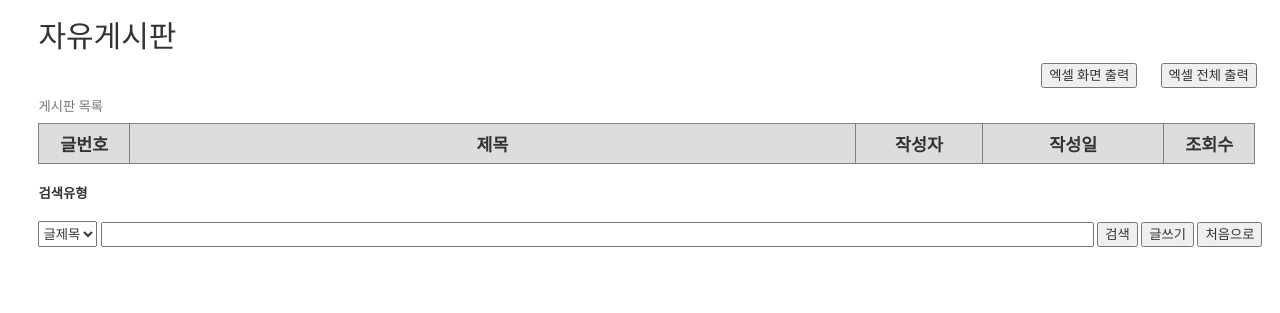
Repository: sser98/bowtech
Page: http://localhost/Board/WEB-INF/views/tiles1/board/list.jsp
These files come from the project's save history. The page is drawn as it stood at one moment and after the next save; the edit follows.
The browser window is 1280 px wide. The pictures show the whole page.
The page is served by Tomcat 9. Nobody is signed in. Other server files are loaded and not shown. The template is opened directly, without the code that normally fills it, so the values that code supplies are empty.

Above is the page before, as saved 2021-03-09 10:03:18.

### Board/src/main/webapp/WEB-INF/views/tiles1/board/list.jsp
<%@ page language="java" contentType="text/html; charset=UTF-8"
    pageEncoding="UTF-8"%>

<%@ taglib prefix="c" uri="http://java.sun.com/jsp/jstl/core" %>
<%@ taglib prefix="fmt" uri="http://java.sun.com/jstl/fmt" %>
<%@ taglib prefix="fn" uri="http://java.sun.com/jsp/jstl/functions" %>
<% String ctxPath = request.getContextPath(); %>

  <script src="https://ajax.googleapis.com/ajax/libs/jquery/3.5.1/jquery.min.js"></script>
  <script src="https://maxcdn.bootstrapcdn.com/bootstrap/3.4.1/js/bootstrap.min.js"></script>
  <link rel="stylesheet" href="https://maxcdn.bootstrapcdn.com/bootstrap/3.4.1/css/bootstrap.min.css">

<style type="text/css">

	* {
		font-family: "제주고딕";
		font-size: 10pt;
	}

	th {
		font-size: 13pt;
	}

	td {
		font-family: "제주고딕";
		font-size: 10pt;
	}

   table, th, td {border: solid 1px gray;}


    #table {width: 98%; border-collapse: collapse;}
    #table th, #table td {padding: 5px;}
    #table th {background-color: #DDD;}
    .subjectStyle {font-weight: bold;
                   color: navy;
                   cursor: pointer;}


    #searchWord {
    	width: 80%;
    }

    tr {
    	height: 30pt;
    }

    div#mycontent {
	    min-height: 600px;
	    padding-top: 20px;
    }

</style>

<script type="text/javascript">

   $(document).ready(function(){


      $("span.subject").bind("mouseover", function(event){
         var $target = $(event.target);
         $target.addClass("subjectStyle");

      });


      $("span.subject").bind("mouseout", function(event){
         var $target = $(event.target);
         $target.removeClass("subjectStyle");
      });


      $("input#searchWord").keyup(function(event){
         if(event.keyCode == 13) {
            // 엔터를 했을 경우
            goSearch();
         }

      });

      $("div#displayList").hide();

     // === #107. 검색어 입력시 자동글 완성하기 2 === //
      $("div#displayList").hide();
      $("input#searchWord").keyup(function(){

         var wordLength = $(this).val().length;
         // 검색어의 길이를 알아온다.

         if(wordLength == 0) {
            $("div#displayList").hide();
            // 검색어 입력후 백스페이스키를 눌러서 검색어를 모두 지우면 검색된 내용이 안 나오도록 해야 한다.
         }

         else {
            $.ajax({
               url:"<%= request.getContextPath()%>/wordSearchShow.action",
               type:"GET",
               data:{"searchType":$("select#searchType").val()
                   ,"searchWord":$("input#searchWord").val()},
               dataType:"JSON",
               success:function(json){
                  // === #112. 검색어 입력시 자동글 완성하기 7 === //
                  if(json.length > 0) {
                     // 검색된 데이터가 있는 경우임.

                     var html = "";

                     $.each(json, function(index, item){
                        var word = item.word;
                        var index = word.toLowerCase().indexOf($("input#searchWord").val().toLowerCase());
                        var len = $("input#searchWord").val().length;
                        var result = "<span style='color:blue;'>"+word.substr(0, index)+"</span><span style='color:red;'>"+word.substr(index, len)+"</span><span style='color:blue;'>"+word.substr(index+len)+"</span>";
                        html += "<span style='cursor:pointer;' class='result'>"+result+"</span><br>";
                     });

                     $("div#displayList").html(html);
                     $("div#displayList").show();

                  }
               },

               error: function(request, status, error){
                  alert("code: "+request.status+"\n"+"message: "+request.responseText+"\n"+"error: "+error);
                }
            });
         }

      });// end of $("input#searchWord").keyup()-----------------


     // === #113. 검색어 입력시 자동글 완성하기 8 === //
      $(document).on("click",".result",function(){
         var word = $(this).text();
         $("input#searchWord").val(word); // 텍스트박스에 검색된 결과의 문자열을 입력해준다.
         $("div#displayList").hide();
         goSearch();
      });



      // 검색시 검색조건 및 검색어 값 유지시키기
      if( ${not empty paraMap} ) {  // 또는 if( ${paraMap != null} ) {
         $("select#searchType").val("${paraMap.searchType}");
         $("input#searchWord").val("${paraMap.searchWord}");
      }




	   ///// === Excel 파일로 다운받기 시작 === /////
	   $("button#btnAllExcel").click(function(){


		   alert("AllExcel을 클릭 하였습니다.");
		   var frm = document.searchFrm;
		   frm.method = "POST";
		   frm.action = "<%= request.getContextPath()%>/downloadExcelFile.action";
		   frm.submit();
	   });

	   ///// === Excel 파일로 다운받기 끝 === /////

	   ///// === Excel 파일로 다운받기 시작 === /////
	   $("button#btnPageExcel").click(function(){

		   $("input#downLoadType").val("Y");
		   alert("PageExcel을 클릭 하였습니다.");
		   var frm = document.searchFrm;
		   frm.method = "POST";
		   frm.action = "<%= request.getContextPath()%>/downloadExcelFile.action";
		   frm.submit();

		   $("input#downLoadType").val("");
	   });

	   ///// === Excel 파일로 다운받기 끝 === /////

   });// end of $(document).ready(function(){})-------------------


   function goView(seq) {

      // === #124. 페이징 처리되어진 후 특정 글제목을 클릭하여 상세내용을 본 이후
      //           사용자가 목록보기 버튼을 클릭했을때 돌아갈 페이지를 알려주기 위해
      //           현재 페이지 주소를 뷰단으로 넘겨준다.
      var frm = document.goViewFrm;
      frm.seq.value = seq;

      var word=$("input#searchWord").val();
      var type=$("select#searchType").val();

      $("input[name=type]").val(type);
      $("input[name=word]").val(word);

      frm.method = "GET";
      frm.action = "<%= ctxPath%>/view.action";
      frm.submit();

   }// end of function goView(seq){}----------------------------------------------


   function goSearch() {
      var frm = document.searchFrm;
      frm.method = "GET";
      frm.action = "<%= request.getContextPath()%>/list.action";
      frm.submit();
   }// end of function goSearch() {}-----------------------


   function Write() {

	   location.href="<%=ctxPath%>/add.action";
   }


   function list() {

	   location.href="<%=ctxPath%>/list.action";
   }








</script>


<div style="padding-left: 3%;">
   <h2 style="margin-top: 20px;">자유게시판</h2>
   	<button id="btnAllExcel" title="엑셀 화면 출력" style="float: right; margin-right: 17.4pt;">엑셀 전체 출력</button>
   	<button id="btnPageExcel" title="엑셀 전체 출력" style="float: right; margin-right: 17.4pt;">엑셀 화면 출력</button>
   <table summary="최신글 순서대로 나열되어 있는 글 제목과 작성자가 표시된 게시판 표"  id="table">
   	<caption>게시판 목록</caption>


      <tr>

         <th scope="rowgroup" class="number" style="width: 50px;  text-align: center;">글번호</th>
         <th scope="rowgroup" class="title"  style="width: 400px; text-align: center;">제목</th>
         <th scope="rowgroup" class="author" style="width: 70px;  text-align: center;">작성자</th>
         <th scope="rowgroup" class="registerdate" style="width: 100px; text-align: center;">작성일</th>
         <th scope="rowgroup" class="viewcount" style="width: 50px;  text-align: center;">조회수</th>
      </tr>



      <c:forEach var="boardvo" items="${boardList}" varStatus="i">

	      <c:set var="subjectVal" value="${boardvo.subject}"/>
	      <c:set var="date" value="${boardvo.regDate}"/>
	      <c:set var="status" value="${boardvo.status}"/>
	      <c:set var="m" value="${i.index}"/>
	      <c:set var="num" value="${number-m}"/>

        <%-- === 글이 삭제된 경우 === --%>
        <c:choose>
	        <c:when test="${boardvo.status == 0}">
	        	<tr>
            	<td align="center">${num}</td>
	          	<td align="left">

	               <%-- 답변글이 아닌 원글인 경우 --%>
	               <c:if test="${boardvo.depthno == 0}">
							<span class="subject" style="color: gray;">작성자에 의해 삭제된 글입니다.</span>
	               </c:if>

	               <%-- 답변글인 경우 --%>
	               <c:if test="${boardvo.depthno > 0}">
	                  <span class="subject" style="color: gray;"><span style=" font-style: italic; padding-left: ${boardvo.depthno * 20}px;">└Re&nbsp;</span>작성자에 의해 삭제된 글입니다.</span>
	               </c:if>
	            </td>

	             <%-- === 댓글쓰기 및 답변형 및 파일첨부가 있는 게시판 끝 === --%>
			     <td align="center"><c:out value="${boardvo.name}"></c:out></td>
			     <td align="center">${fn:substring(date,0,10)}</td>
			     <td align="center">${boardvo.readCount}</td>
			  </tr>
	      	 </c:when>

	      	 <c:otherwise>
	      		<tr>
            	<td align="center">${num}</td>
	          	<td align="left">

			          <%-- === 댓글쓰기 및 답변형 및 파일첨부가 있는 게시판 시작 === --%>

			          <%-- 첨부파일이 없는 경우 --%>
			          <c:if test="${boardvo.fileName eq '0'}">
			               <%-- 답변글이 아닌 원글인 경우 --%>
			               <c:if test="${boardvo.depthno == 0}">
			                  <c:if test="${boardvo.commentCount > 0}">
									<span class="subject" onclick="goView('${boardvo.seq}')"><c:out value="${subjectVal}"></c:out><span style="vertical-align: super;">[<span style="color: red; font-size: 9pt; font-style: italic; font-weight: bold;">${boardvo.commentCount}</span>]</span> </span>
			                  </c:if>

			                  <c:if test="${boardvo.commentCount == 0}">

			                  	<c:choose>
			                  	<c:when test="${fn:length(subjectVal) > 60}">
			                  		<span class="subject" onclick="goView('${boardvo.seq}')"><c:out value=" ${fn:substring(subjectVal,0,60)}..."></c:out> </span>
			                  	</c:when>

			                  	<c:otherwise>
			                  		<span class="subject" onclick="goView('${boardvo.seq}')"><c:out value="${boardvo.subject}"></c:out></span>
			                  	</c:otherwise>
			                  	</c:choose>
			                </c:if>
			          </c:if>


			               <%-- 답변글인 경우 --%>
			               <c:if test="${boardvo.depthno > 0}">

			                  <c:if test="${boardvo.commentCount > 0}">
			                  <span class="subject" onclick="goView('${boardvo.seq}')"><span style="color: red; font-style: italic; padding-left: ${boardvo.depthno * 20}px;">└Re&nbsp;</span>${boardvo.subject} <span style="vertical-align: super;">[<span style="color: red; font-size: 9pt; font-style: italic; font-weight: bold;">${boardvo.commentCount}</span>]</span> </span>
			                  </c:if>

			                  <c:if test="${boardvo.commentCount == 0}">
			                  <span class="subject" onclick="goView('${boardvo.seq}')"><span style="color: red; font-style: italic; padding-left: ${boardvo.depthno * 20}px;">└Re&nbsp;</span>${boardvo.subject}</span>
			                  </c:if>
			               </c:if>
			          </c:if>


			          <%-- 첨부파일이 있는 경우 --%>
			          <c:if test="${boardvo.fileName ne '0'}">

			               <%-- 답변글이 아닌 원글인 경우 --%>
			               <c:if test="${boardvo.depthno == 0}">

			                  <c:if test="${boardvo.commentCount > 0}">

			                  <span class="subject" onclick="goView('${boardvo.seq}')">${boardvo.subject} <span style="vertical-align: super;">[<span style="color: red; font-size: 9pt; font-style: italic; font-weight: bold;">${boardvo.commentCount}</span>]</span> </span> &nbsp;<img alt="첨부파일이 있는 글" src="<%= request.getContextPath()%>/resources/images/disk.gif" />
			                  </c:if>
			                  <c:if test="${boardvo.commentCount == 0}">
			                  <span class="subject" onclick="goView('${boardvo.seq}')">${boardvo.subject}</span> &nbsp;<img alt="첨부파일이 있는 글" src="<%= request.getContextPath()%>/resources/images/disk.gif" />
			                  </c:if>
			               </c:if>

			               <%-- 답변글인 경우 --%>
			               <c:if test="${boardvo.depthno > 0}">
			                  <c:if test="${boardvo.commentCount > 0}">
			                  <span class="subject" onclick="goView('${boardvo.seq}')"><span style="color: red; font-style: italic; padding-left: ${boardvo.depthno * 20}px;">└Re&nbsp;</span>${boardvo.subject} <span style="vertical-align: super;">[<span style="color: red; font-size: 9pt; font-style: italic; font-weight: bold;">${boardvo.commentCount}</span>]</span> </span> &nbsp;<img alt="첨부파일이 있는 글" src="<%= request.getContextPath()%>/resources/images/disk.gif" />
			                  </c:if>

			                  <c:if test="${boardvo.commentCount == 0}">
			                  <span class="subject" onclick="goView('${boardvo.seq}')"><span style="color: red; font-style: italic; padding-left: ${boardvo.depthno * 20}px;">└Re&nbsp;</span>${boardvo.subject}</span> &nbsp;<img alt="첨부파일이 있는 글" src="<%= request.getContextPath()%>/resources/images/disk.gif" />
			                  </c:if>
			               </c:if>
			          </c:if>


			     </td>
			     		<%-- === 댓글쓰기 및 답변형 및 파일첨부가 있는 게시판 끝 === --%>
			            <td align="center"><c:out value="${boardvo.name}"></c:out></td>
			            <td align="center">${fn:substring(date,0,10)}</td>
			            <td align="center">${boardvo.readCount}</td>
			  </tr>
			 </c:otherwise>
      	</c:choose>
      </c:forEach>
   </table>

   <%-- === #122. 페이지바 보여주기 === --%>
   <div align="center" style="width: 70%; border: solid 0px gray; margin: 20px auto;">
      ${pageBar}
   </div>


   <%-- ~~~~~~~~~~~~~~~~~~~~~~~~~~~~~~~~~~~~~~~~~~~~~~~~~~~
             페이징 처리되어진 후 특정 글제목을 클릭하여 상세내용을 본 이후
        사용자가 목록보기 버튼을 클릭했을때 돌아갈 페이지를 알려주기 위해
        현재 페이지 주소를 뷰단으로 넘겨준다. --%>



   <form name="goViewFrm">
   		<label for="searchType">검색유형</label>
      <input type="hidden" name="seq" />
      <input type="hidden" name="gobackURL" style="width: 100%;" value="${gobackURL}"/>
   </form>

   <%-- === #101. 글검색 폼 추가하기 : 글제목, 글쓴이로 검색을 하도록 한다. === --%>
   <form name="searchFrm"  style="margin-bottom: 20px;">

      <select title="검색유형을 선택하세요" name="searchType" id="searchType" style="height: 26px;">
         <option value="subject" title="글제목" selected>글제목</option>
         <option value="name" title="글쓴이" >글쓴이</option>
      </select>


      <input type="text" title="검색어 입력" name="searchWord" id="searchWord" size="25" autocomplete="off" />
      <input type="hidden" name="downLoadType" id="downLoadType"/>
      <button type="button" title="검색" onclick="goSearch();">검색</button>
      <button type="button" title="글쓰기 " onclick="Write();" >글쓰기</button>
      <button type="button" title="처음으로" onclick="list();" >처음으로</button>
   </form>

   <%-- === #106. 검색어 입력시 자동글 완성하기 1 === --%>
   <div id="displayList" style="border:solid 1px gray; border-top:0px; width:326px; height:100px; margin-left:70px; margin-top:-1px; overflow:auto;">
   </div>

</div>

After the next save:
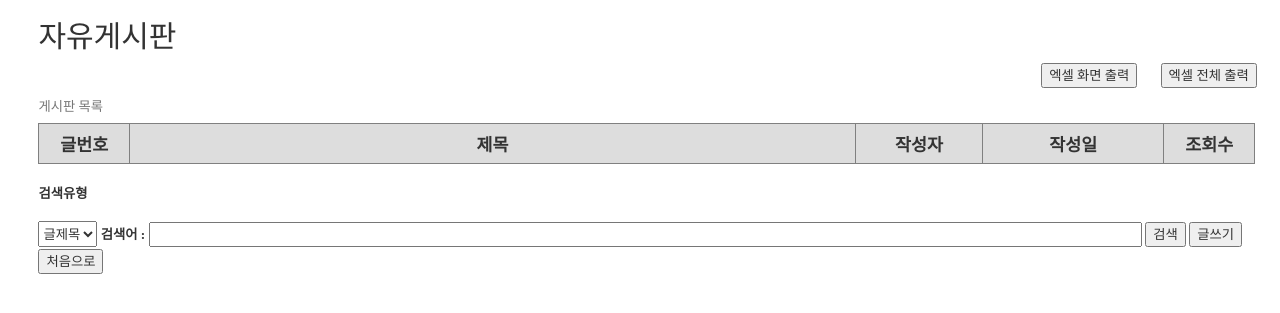
Saved 55 s later.
--- a/Board/src/main/webapp/WEB-INF/views/tiles1/board/list.jsp
+++ b/Board/src/main/webapp/WEB-INF/views/tiles1/board/list.jsp
@@ -391,7 +391,7 @@
          <option value="name" title="글쓴이" >글쓴이</option>
       </select>
 
-
+      <label for="searchWord">검색어 : </label>
       <input type="text" title="검색어 입력" name="searchWord" id="searchWord" size="25" autocomplete="off" />
       <input type="hidden" name="downLoadType" id="downLoadType"/>
       <button type="button" title="검색" onclick="goSearch();">검색</button>
